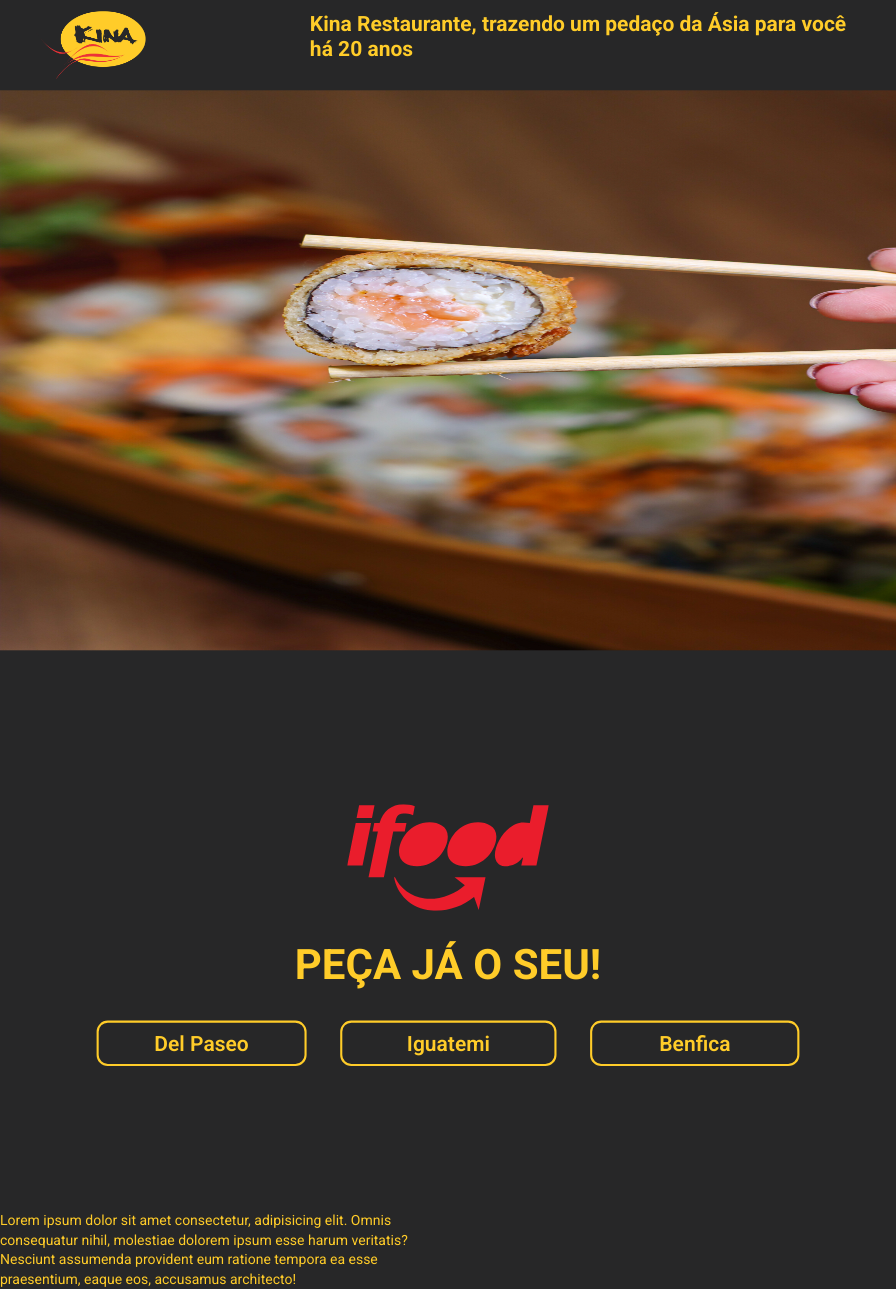
Repository: chidekina/kina-page
Page: index.html
These files come from the project's save history. The page is drawn as it stood at one moment and after the next save; the edit follows.
The browser window is 1280 px wide. The pictures show the whole page, at 70% of full size.

Above is the page before, as saved 2025-03-20 17:07:08.

### index.html
<!DOCTYPE html>
<html lang="en">
  <head>
    <meta charset="UTF-8" />
    <meta name="viewport" content="width=device-width, initial-scale=1.0" />
    <link rel="stylesheet" href="styles.css" />
    <title>Kina Restaurante</title>
    <script src="https://cdn.jsdelivr.net/npm/@tailwindcss/browser@4"></script>
    <link rel="preconnect" href="https://fonts.googleapis.com" />
    <link rel="preconnect" href="https://fonts.gstatic.com" crossorigin />
    <link
      href="https://fonts.googleapis.com/css2?family=Roboto:ital,wght@0,100..900;1,100..900&display=swap"
      rel="stylesheet"
    />
  </head>
  <body>
    <header class="flex px-12 py-4 gap-12 justify-between">
      <img src="./assets/Logo Kina.png" class="w-40" alt="Kina Logo" />
      <h1 class="flex font-bold text-3xl w-2/3">
        Kina Restaurante, trazendo um pedaço da Ásia para você há 20 anos
      </h1>
    </header>
    <img src="/assets/pictures/IMG_5172.JPG" class="w-full h-200" />
    <div class="flex justify-center items-center h-200 flex-col">
      <div>
        <div class="bg-[#FFFF] w-12"></div>
      </div>
      <img src="/assets/ifood.svg" class="w-72 mb-12" />
      <h1 class="font-bold text-6xl mb-16">PEÇA JÁ O SEU!</h1>
      <ul class="flex gap-12">
        <li>
          <a
            href="https://www.ifood.com.br/delivery/fortaleza-ce/kina-del-paseo-aldeota/053acccc-102c-4b47-b6df-b3ddc8d6c0f6"
            target="_blank"
            class="font-semibold text-3xl border-3 rounded-2xl py-3 px-20 w-104"
          >
            Del Paseo
          </a>
        </li>
        <li>
          <a
            href="https://www.ifood.com.br/delivery/fortaleza-ce/kina-del-paseo-aldeota/053acccc-102c-4b47-b6df-b3ddc8d6c0f6"
            target="_blank"
            class="font-semibold text-3xl border-3 rounded-2xl py-3 px-23"
          >
            Iguatemi
          </a>
        </li>
        <li>
          <a
            href="https://www.ifood.com.br/delivery/fortaleza-ce/kina-del-paseo-aldeota/053acccc-102c-4b47-b6df-b3ddc8d6c0f6"
            target="_blank"
            class="font-semibold text-3xl border-3 rounded-2xl py-3 px-24"
          >
            Benfica
          </a>
        </li>
      </ul>
    </div>
    <div>
        <p class="w-1/2 text-xl">Lorem ipsum dolor sit amet consectetur, adipisicing elit. Omnis consequatur nihil, molestiae dolorem ipsum esse harum veritatis? Nesciunt assumenda provident eum ratione tempora ea esse praesentium, eaque eos, accusamus architecto!</p>
    </div>
  </body>
</html>

### styles.css
:root{
    --main-font: "Roboto", sans-serif;
    --primary-color: #FFCC29;
}

body {
    font-family: var(--main-font);
    background-color: #272728;
    color: var(--primary-color);
}

After the next save:
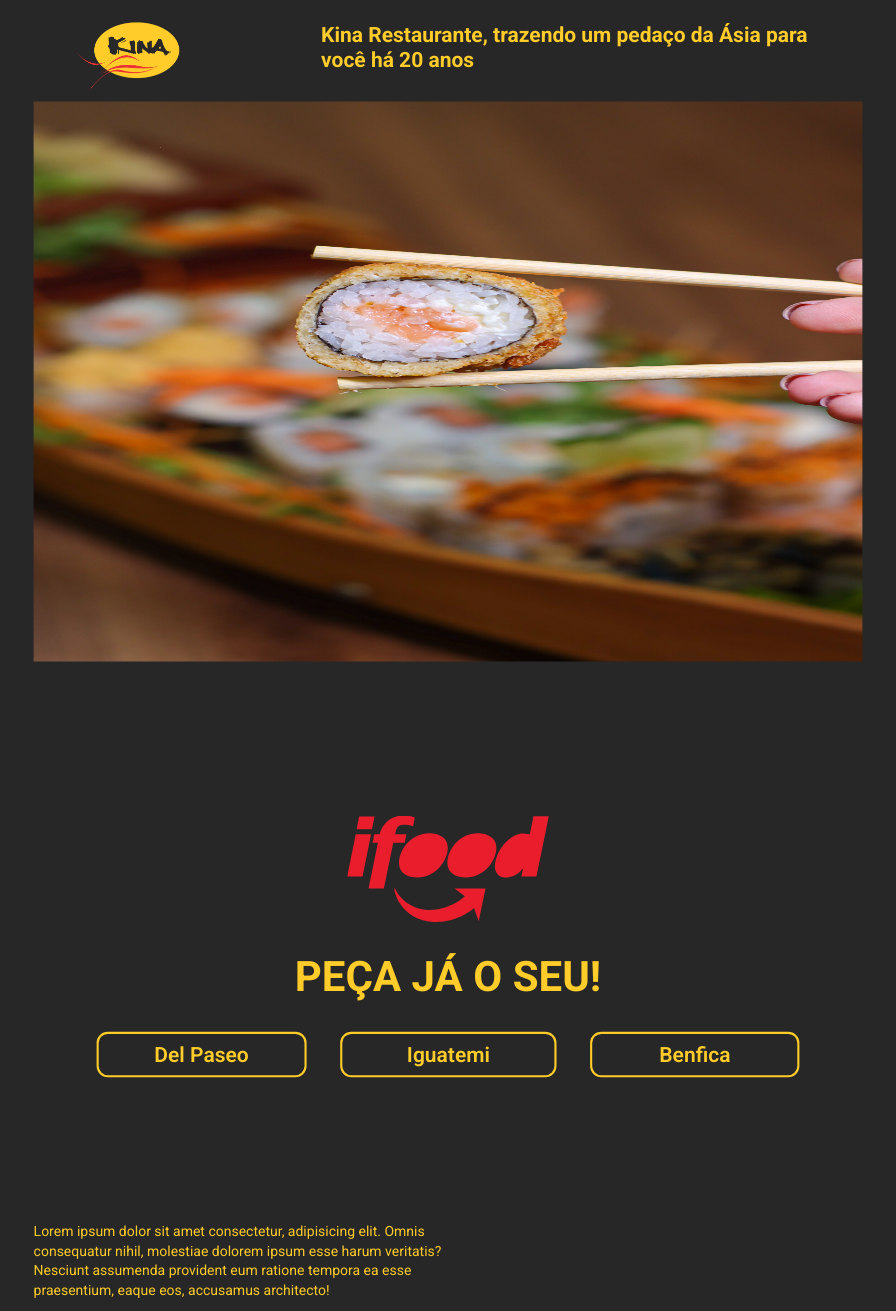
Saved 21 s later.
--- a/index.html
+++ b/index.html
@@ -13,7 +13,7 @@
       rel="stylesheet"
     />
   </head>
-  <body>
+  <body class="px-12 py-4">
     <header class="flex px-12 py-4 gap-12 justify-between">
       <img src="./assets/Logo Kina.png" class="w-40" alt="Kina Logo" />
       <h1 class="flex font-bold text-3xl w-2/3">

After the 2 saves that followed:
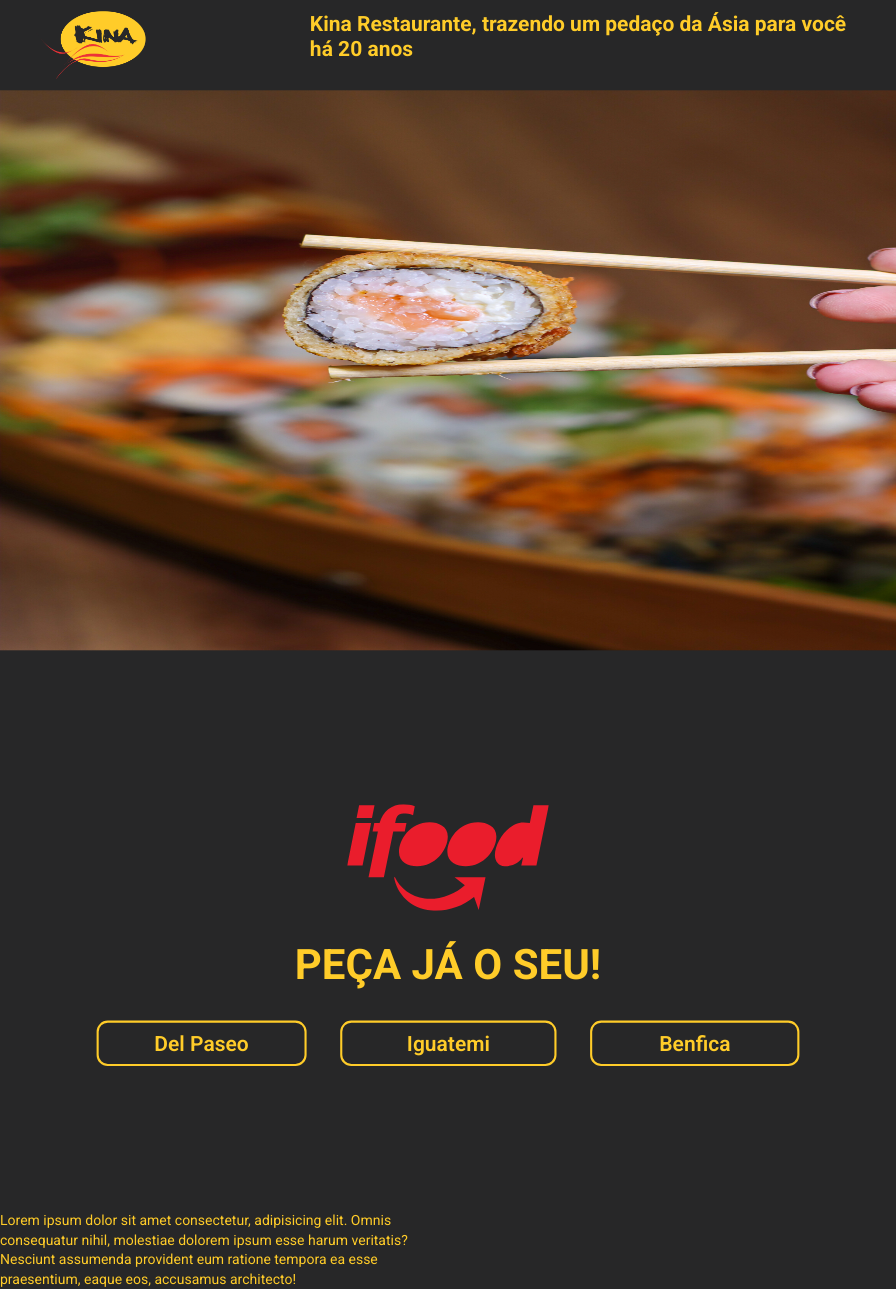
The 2 saves are shown as one change because they came seconds apart.
The last was saved 11 s later.
--- a/index.html
+++ b/index.html
@@ -13,7 +13,7 @@
       rel="stylesheet"
     />
   </head>
-  <body class="px-12 py-4">
+  <body class="">
     <header class="flex px-12 py-4 gap-12 justify-between">
       <img src="./assets/Logo Kina.png" class="w-40" alt="Kina Logo" />
       <h1 class="flex font-bold text-3xl w-2/3">
